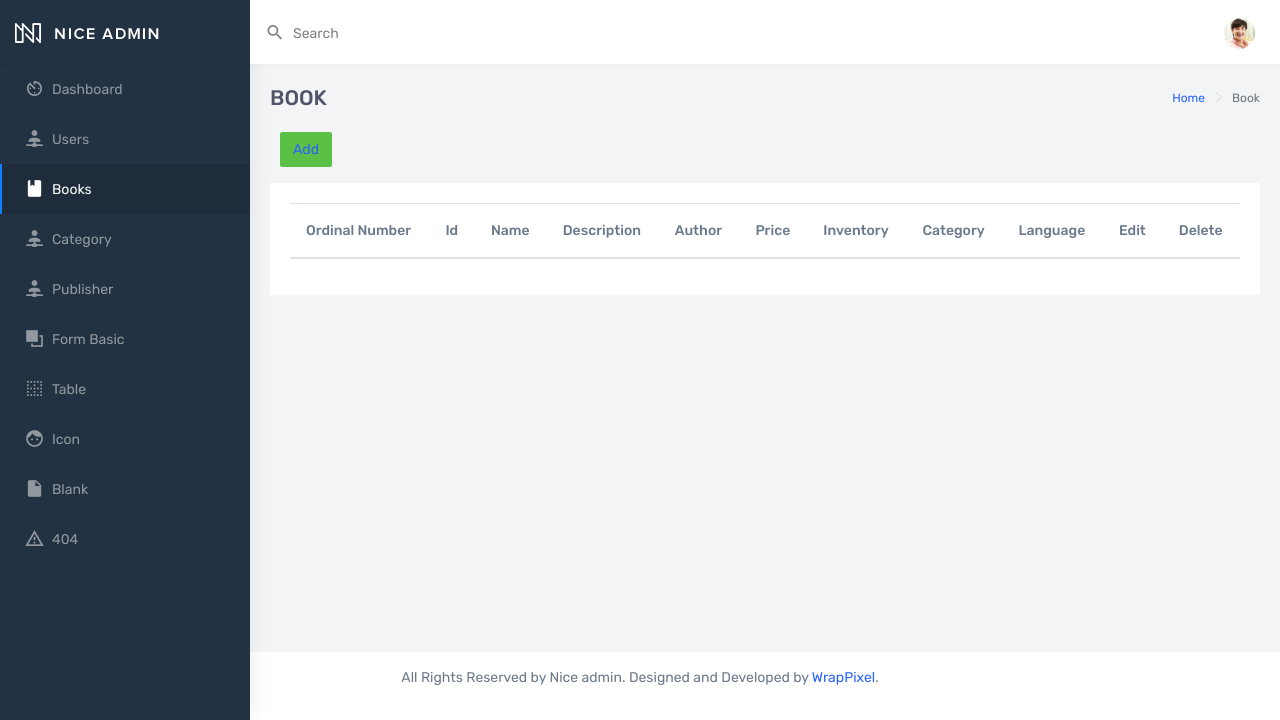
Repository: dev1xc/library-management-system
Page: http://localhost/admin/book
An editor plug-in stored every save of this project. The page is shown before and after the next save, followed by the edit.
The browser window is 1280 px wide. The pictures show the whole page.
The page is served by the project's Laravel application, run on PHP 8.4 with Laravel 10. The first stored user is signed in. Other server files are loaded and not shown. The database holds what the project's SQL file puts in it. Queries for data that is not in the repository find no rows.

Above is the page before, as saved 2024-02-08 02:34:10.
Console error: TypeError: Cannot read properties of null (reading 'querySelector')

### routes/web.php
<?php

use App\Http\Controllers\admin\BooksController;
use App\Http\Controllers\admin\CategoryController;
use App\Http\Controllers\admin\ProfileController;
use App\Http\Controllers\admin\PublisherController;
use App\Http\Controllers\admin\UserController;
use Illuminate\Support\Facades\Auth;
use Illuminate\Support\Facades\Route;

/*
|--------------------------------------------------------------------------
| Web Routes
|--------------------------------------------------------------------------
|
| Here is where you can register web routes for your application. These
| routes are loaded by the RouteServiceProvider and all of them will
| be assigned to the "web" middleware group. Make something great!
|
*/

Route::get('/', function () {
  return view('welcome');
});
Auth::routes();
Route::get('/home', [App\Http\Controllers\HomeController::class, 'index'])->name('home');
Route::get('logout', '\App\Http\Controllers\Auth\LoginController@logout');
Route::get('/admin/home', function () {
  return view('admin.functions.dashboard');
});
Route::get('/admin/dashboard', function () {
  return view('admin.functions.dashboard');
});
Route::prefix('admin')->group(function () {
  Route::get('category', [CategoryController::class, 'index']);
  Route::get('add-category', [CategoryController::class, 'add']);
  Route::post('add-category', [CategoryController::class, 'create']);
  Route::get('edit-category/{id}', [CategoryController::class, 'edit']);
  Route::post('edit-category/{id}', [CategoryController::class, 'update']);
  Route::get('delete-category/{id}', [CategoryController::class, 'delete']);
});
Route::prefix('admin')->group(function () {
  Route::get('profile', [ProfileController::class, 'index']);
  Route::post('profile', [ProfileController::class, 'edit']);
});
Route::prefix('admin')->group(function () {
  Route::get('user', [UserController::class, 'index']);
  Route::get('add-user', [UserController::class, 'add']);
  Route::post('add-user', [UserController::class, 'create']);
  Route::get('edit-user/{id}', [UserController::class, 'edit']);
  Route::post('edit-user/{id}', [UserController::class, 'update']);
  Route::get('delete-user/{id}', [UserController::class, 'delete']);
});
Route::prefix('admin')->group(function () {
  Route::get('book', [BooksController::class, 'index']);
  Route::get('add-book', [BooksController::class, 'add']);
  Route::post('add-book', [BooksController::class, 'create']);
  Route::get('edit-book/{id}', [BooksController::class, 'edit']);
  Route::post('edit-book/{id}', [BooksController::class, 'update']);
  Route::get('delete-book/{id}', [BooksController::class, 'delete']);
});
Route::prefix('admin')->group(function () {
  Route::get('publisher', [PublisherController::class, 'index']);
  Route::get('add-publisher', [PublisherController::class, 'add']);
  Route::post('add-publisher', [PublisherController::class, 'create']);
  Route::get('edit-publisher/{id}', [PublisherController::class, 'edit']);
  Route::post('edit-publisher/{id}', [PublisherController::class, 'update']);
  Route::get('delete-publisher/{id}', [PublisherController::class, 'delete']);
});

### app/Models/User.php
<?php

namespace App\Models;

// use Illuminate\Contracts\Auth\MustVerifyEmail;
use Illuminate\Database\Eloquent\Factories\HasFactory;
use Illuminate\Foundation\Auth\User as Authenticatable;
use Illuminate\Notifications\Notifiable;
use Laravel\Sanctum\HasApiTokens;

class User extends Authenticatable
{
  public $table = 'users';
  use HasApiTokens, HasFactory, Notifiable;

  /**
   * The attributes that are mass assignable.
   *
   * @var array<int, string>
   */
  protected $fillable = [
    'name',
    'email',
    'password',
    'phone',
    'gender',
    'country',
    'image',
    'level',
  ];

  /**
   * The attributes that should be hidden for serialization.
   *
   * @var array<int, string>
   */
  protected $hidden = [
    'password',
    'remember_token',
  ];

  /**
   * The attributes that should be cast.
   *
   * @var array<string, string>
   */
  protected $casts = [
    'email_verified_at' => 'datetime',
    'password' => 'hashed',
  ];
}

### app/Http/Controllers/admin/BooksController.php
<?php

namespace App\Http\Controllers\admin;

use App\Http\Controllers\Controller;
use App\Models\Book;
use App\Models\Category;
use App\Models\Publisher;
use Illuminate\Http\Request;

class BooksController extends Controller
{
  //
  public function __construct()
  {
    $this->middleware("auth");
  }
  public function index()
  {
    $data = Book::paginate(5);
    $dataCategory = Category::all();
    return view("admin.functions.book.index", compact("data", "dataCategory"));
  }
  public function add()
  {
    $dataCategory = Category::all();
    $dataPublisher = Publisher::all();
    return view("admin.functions.book.add", compact("dataCategory","dataPublisher"));
  }
  public function create(Request $request)
  {
    $data = $request->all();
    $file = $request->image;
    if (!empty($file)) {
      $data['image'] = $file->getClientOriginalName();
    }
    if (Book::create($data)) {
      if (!empty($file)) {
        $file->move('upload/book/image', $file->getClientOriginalName());
      }
      return redirect('/admin/book')->with('success','Thanh Cong');
    } else {
      return back()->with("error", "Error");
    }
  }
  public function edit($id)
  {
    $data = Book::findOrFail($id);
    $dataCategory = Category::all();
    $dataPublisher = Publisher::all();
    return view("admin.functions.book.edit", compact("data", "dataCategory","dataPublisher"));
  }
  public function update(Request $request, $id)
  {
    $data = $request->all();
    Book::findOrFail($id)->update($data);
    return back();
  }
  public function delete($id)
  {
    Book::findOrFail($id)->delete();
    return back();
  }
}

### app/Models/Book.php
<?php

namespace App\Models;

use Illuminate\Database\Eloquent\Factories\HasFactory;
use Illuminate\Database\Eloquent\Model;

class Book extends Model
{
	public $table = 'books';
	use HasFactory;
	protected $fillable = [
		'name', 'description', 'author', 'price', 'inventory', 'id_category', 'language', 'page', 'book_cover', 'size', 'id_publisher', 'image',
	];
}

### app/Models/Category.php
<?php

namespace App\Models;

use Illuminate\Database\Eloquent\Factories\HasFactory;
use Illuminate\Database\Eloquent\Model;

class Category extends Model
{
  public $table = 'categories';
  use HasFactory;
  protected $fillable = [
    'name', 'description'
  ];
}

### resources/views/admin/functions/book/index.blade.php
@extends('admin.layouts.main')
@section('content')
  @php
    $count = 1;
  @endphp
  <script>
    function deleteBook() {
      if (!confirm("Are You Sure to delete this"))
        event.preventDefault();
    }
  </script>
  <div class="page-breadcrumb">
    <div class="row">
      <div class="col-5 align-self-center">
        <h4 class="page-title">BOOK</h4>
      </div>
      <div class="col-7 align-self-center">
        <div class="d-flex align-items-center justify-content-end">
          <nav aria-label="breadcrumb">
            <ol class="breadcrumb">
              <li class="breadcrumb-item">
                <a href="/admin/home">Home</a>
              </li>
              <li class="breadcrumb-item active" aria-current="page">Book</li>
            </ol>
          </nav>
        </div>
      </div>
    </div>
  </div>
  <!-- ============================================================== -->
  <!-- End Bread crumb and right sidebar toggle -->
  <!-- ============================================================== -->
  <!-- ============================================================== -->
  <!-- Container fluid  -->
  <!-- ============================================================== -->

  <div class="container-fluid">
    <div class="form-group">
      <div class="col-sm-12">
        <button class="btn btn-success"><a href="/admin/add-book">Add</a></button>
      </div>
    </div>
    <!-- ============================================================== -->
    <!-- Start Page Content -->
    <!-- ============================================================== -->
    <div class="row">
      <div class="col-12">
        <div class="card">
          <div class="card-body">
            <div class="table-responsive">
              <table class="table">
                <thead>
                  <tr>
                    <th scope="col">Ordinal Number</th>
                    <th scope="col">Id</th>
                    <th scope="col">Name</th>
                    <th scope="col">Description</th>
                    <th scope="col">Author</th>
                    <th scope="col">Price</th>
                    <th scope="col">Inventory</th>
                    <th scope="col">Category</th>
                    <th scope="col">Language</th>
                    <th scope="col">Edit</th>
                    <th scope="col">Delete</th>
                  </tr>
                </thead>
                <tbody>
                  @foreach ($data as $c)
                    <tr id="{{ $c->id }}">
                      <th>{{ $count++ }}</th>
                      <th scope="row">{{ $c->id }}</th>
                      <td>{{ $c->name }}</td>
                      <td>{{ $c->description }}</td>
                      <td>{{ $c->author }}</td>
                      <td>{{ $c->price }}</td>
                      <td>{{ $c->inventory }}</td>
                      <td>
                        @foreach ($dataCategory as $item)
                        @if (($c->id_category)==($item->id))
                          {{ $item->name }}
                        @endif
                        @endforeach
                      </td>
                      <td>
                        @foreach ($dataCategory as $item)
                        @if (($c->id_category)==($item->id))
                          {{ $item->name }}
                        @endif
                        @endforeach
                      </td>


                      <td>{{ $c->language }}</td>
                      <td class="edit"><a href="/admin/edit-book/{{ $c->id }}">Edit</a></td>
                      <td class="delete"><a href="/admin/delete-book/{{ $c->id }}"
                          onclick="return deleteBook()">Delete</a></td>
                    </tr>
                  @endforeach

                </tbody>
              </table>

            </div>
          </div>
        </div>
      </div>
    </div>
    {{ $data->links() }}
  </div>
@endsection

### resources/views/admin/layouts/main.blade.php
<!DOCTYPE html>
<html dir="ltr" lang="en">

<head>

  <meta charset="utf-8">
  <meta http-equiv="X-UA-Compatible" content="IE=edge">
  <!-- Tell the browser to be responsive to screen width -->
  <meta name="viewport" content="width=device-width, initial-scale=1">
  <meta name="description" content="">
  <meta name="author" content="">
  <!-- Favicon icon -->
  <link rel="icon" type="image/png" sizes="16x16" href="{{ asset('admin/assets/images/favicon.png') }}">
  <title>Nice admin Template - The Ultimate Multipurpose admin template</title>
  <!-- Custom CSS -->
  <link href="{{ asset('admin/assets/libs/chartist/dist/chartist.min.css') }}" rel="stylesheet">
  <!-- Custom CSS -->
  <link href="{{ asset('admin/dist/css/style.min.css') }}" rel="stylesheet">
  <link href="{{ asset('admin/dist/css/style.css') }}" rel="stylesheet">
  <!-- HTML5 Shim and Respond.js IE8 support of HTML5 elements and media queries -->
  <!-- WARNING: Respond.js doesn't work if you view the page via file:// -->
  <!--[if lt IE 9]>
    <script src="https://oss.maxcdn.com/libs/html5shiv/3.7.0/html5shiv.js"></script>
    <script src="https://oss.maxcdn.com/libs/respond.js/1.4.2/respond.min.js"></script>
<![endif]-->
</head>

<body>
  <!-- ============================================================== -->
  <!-- Preloader - style you can find in spinners.css -->
  <!-- ============================================================== -->
  <div class="preloader">
    <div class="lds-ripple">
      <div class="lds-pos"></div>
      <div class="lds-pos"></div>
    </div>
  </div>
  <!-- ============================================================== -->
  <!-- Main wrapper - style you can find in pages.scss -->
  <!-- ============================================================== -->
  <div id="main-wrapper" data-navbarbg="skin6" data-theme="light" data-layout="vertical" data-sidebartype="full"
    data-boxed-layout="full">
    <!-- ============================================================== -->
    <!-- Topbar header - style you can find in pages.scss -->
    <!-- ============================================================== -->
    @include('admin.layouts.header')
    <!-- ============================================================== -->
    <!-- End Topbar header -->
    <!-- ============================================================== -->
    <!-- ============================================================== -->
    <!-- Left Sidebar - style you can find in sidebar.scss  -->
    <!-- ============================================================== -->
    @include('admin.layouts.left-sidebar')
    <!-- ============================================================== -->
    <!-- End Left Sidebar - style you can find in sidebar.scss  -->
    <!-- ============================================================== -->
    <!-- ============================================================== -->
    <!-- Page wrapper  -->
    <!-- ============================================================== -->
    <div class="page-wrapper">
      @yield('content')
    </div>
    <!-- ============================================================== -->
    <!-- End Container fluid  -->
    <!-- ============================================================== -->
    <!-- ============================================================== -->
    <!-- footer -->
    <!-- ============================================================== -->
    @include('admin.layouts.footer')
    <!-- ============================================================== -->
    <!-- End footer -->
    <!-- ============================================================== -->
  </div>
  <!-- ============================================================== -->
  <!-- End Page wrapper  -->
  <!-- ============================================================== -->
  </div>
  <!-- ============================================================== -->
  <!-- End Wrapper -->
  <!-- ============================================================== -->
  <!-- ============================================================== -->
  <!-- All Jquery -->
  <!-- ============================================================== -->

  <script src="{{ asset('admin/assets/libs/jquery/dist/jquery.min.js') }}"></script>
  <!-- Bootstrap tether Core JavaScript -->
  <script src="{{ asset('admin/assets/libs/popper.js/dist/umd/popper.min.js') }}"></script>
  <script src="{{ asset('admin/assets/libs/bootstrap/dist/js/bootstrap.min.js') }}"></script>
  <!-- slimscrollbar scrollbar JavaScript -->
  <script src="{{ asset('admin/assets/extra-libs/sparkline/sparkline.js') }}"></script>
  <!--Wave Effects -->
  <script src="{{ asset('admin/dist/js/waves.js') }}"></script>
  <!--Menu sidebar -->
  <script src="{{ asset('admin/dist/js/sidebarmenu.js') }}"></script>
  <!--Custom JavaScript -->
  <script src="{{ asset('admin/dist/js/custom.min.js') }}"></script>
  <!--This page JavaScript -->
  <!--chartis chart-->
  <script src="{{ asset('admin/assets/libs/chartist/dist/chartist.min.js') }}"></script>
  <script src="{{ asset('admin/assets/libs/chartist-plugin-tooltips/dist/chartist-plugin-tooltip.min.js') }}"></script>
  <script src="{{ asset('admin/dist/js/pages/dashboards/dashboard1.js') }}"></script>
</body>

</html>

### resources/views/admin/layouts/left-sidebar.blade.php
<aside class="left-sidebar" data-sidebarbg="skin5">
    <!-- Sidebar scroll-->
    <div class="scroll-sidebar">
        <!-- Sidebar navigation-->
        <nav class="sidebar-nav">
            <ul id="sidebarnav">
                <li class="sidebar-item">
                    <a class="sidebar-link waves-effect waves-dark sidebar-link" href="/admin/dashboard" aria-expanded="false">
                        <i class="mdi mdi-av-timer"></i>
                        <span class="hide-menu">Dashboard</span>
                    </a>
                </li>
                <li class="sidebar-item">
                    <a class="sidebar-link waves-effect waves-dark sidebar-link" href="/admin/user" aria-expanded="false">
                        <i class="mdi mdi-account-network"></i>
                        <span class="hide-menu">Users</span>
                    </a>
                </li>
                <li class="sidebar-item">
                    <a class="sidebar-link waves-effect waves-dark sidebar-link" href="/admin/book" aria-expanded="false">
                        <i class="mdi mdi-book"></i>
                        <span class="hide-menu">Books</span>
                    </a>
                </li>
                <li class="sidebar-item">
                    <a class="sidebar-link waves-effect waves-dark sidebar-link" href="/admin/category" aria-expanded="false">
                        <i class="mdi mdi-account-network"></i>
                        <span class="hide-menu">Category</span>
                    </a>
                </li>
                <li class="sidebar-item">
                    <a class="sidebar-link waves-effect waves-dark sidebar-link" href="/admin/publisher" aria-expanded="false">
                        <i class="mdi mdi-account-network"></i>
                        <span class="hide-menu">Publisher</span>
                    </a>
                </li>
                 <li class="sidebar-item">
                    <a class="sidebar-link waves-effect waves-dark sidebar-link" href="form-basic.html" aria-expanded="false">
                        <i class="mdi mdi-arrange-bring-forward"></i>
                        <span class="hide-menu">Form Basic</span>
                    </a>
                </li>
                <li class="sidebar-item">
                    <a class="sidebar-link waves-effect waves-dark sidebar-link" href="table-basic.html" aria-expanded="false">
                        <i class="mdi mdi-border-none"></i>
                        <span class="hide-menu">Table</span>
                    </a>
                </li>
                <li class="sidebar-item">
                    <a class="sidebar-link waves-effect waves-dark sidebar-link" href="icon-material.html" aria-expanded="false">
                        <i class="mdi mdi-face"></i>
                        <span class="hide-menu">Icon</span>
                    </a>
                </li>
                <li class="sidebar-item">
                    <a class="sidebar-link waves-effect waves-dark sidebar-link" href="starter-kit.html" aria-expanded="false">
                        <i class="mdi mdi-file"></i>
                        <span class="hide-menu">Blank</span>
                    </a>
                </li>
                <li class="sidebar-item">
                    <a class="sidebar-link waves-effect waves-dark sidebar-link" href="error-404.html" aria-expanded="false">
                        <i class="mdi mdi-alert-outline"></i>
                        <span class="hide-menu">404</span>
                    </a>
                </li>
            </ul>
        </nav>
        <!-- End Sidebar navigation -->
    </div>
    <!-- End Sidebar scroll-->
</aside>

### resources/views/admin/layouts/footer.blade.php
<footer class="footer text-center">
    All Rights Reserved by Nice admin. Designed and Developed by
    <a href="https://wrappixel.com">WrapPixel</a>.
</footer>

### library-management.sql (the tables this page reads)
CREATE TABLE `categories` (
  `id` bigint(20) UNSIGNED NOT NULL,
  `title` varchar(255) DEFAULT NULL,
  `description` text DEFAULT NULL,
  `created_at` timestamp NULL DEFAULT NULL,
  `updated_at` timestamp NULL DEFAULT NULL
) ENGINE=InnoDB DEFAULT CHARSET=utf8mb4 COLLATE=utf8mb4_unicode_ci;

INSERT INTO `categories` (`id`, `title`, `description`, `created_at`, `updated_at`) VALUES
(13, 'Sách Tiểu Thuyết', 'Tiểu Thuyết v..v', '2024-02-07 08:00:49', '2024-02-07 08:00:49'),
(14, 'Sách Tin Học', 'Sách Tin Học', '2024-02-07 08:01:00', '2024-02-07 08:01:00');

ALTER TABLE `categories`
  ADD PRIMARY KEY (`id`);

ALTER TABLE `categories`
  MODIFY `id` bigint(20) UNSIGNED NOT NULL AUTO_INCREMENT, AUTO_INCREMENT=15;

CREATE TABLE `users` (
  `id` bigint(20) UNSIGNED NOT NULL,
  `name` varchar(255) NOT NULL,
  `phone` varchar(255) DEFAULT NULL,
  `email` varchar(255) NOT NULL,
  `country` varchar(255) DEFAULT NULL,
  `gender` varchar(255) DEFAULT NULL,
  `email_verified_at` timestamp NULL DEFAULT NULL,
  `password` varchar(255) NOT NULL,
  `image` varchar(255) DEFAULT NULL,
  `remember_token` varchar(100) DEFAULT NULL,
  `created_at` timestamp NULL DEFAULT NULL,
  `updated_at` timestamp NULL DEFAULT NULL,
  `level` int(11) NOT NULL DEFAULT 0
) ENGINE=InnoDB DEFAULT CHARSET=utf8mb4 COLLATE=utf8mb4_unicode_ci;

INSERT INTO `users` (`id`, `name`, `phone`, `email`, `country`, `gender`, `email_verified_at`, `password`, `image`, `remember_token`, `created_at`, `updated_at`, `level`) VALUES
(1, 'Trương Nguyễn Thanh Lâm', '0904403743', 'admin@gmail.com', 'Da Nang', 'nu', NULL, '$2y$12$KEoY4oOsIl19kUZ.U0HwK.pU4DsNFOdwaVM7gICE2ZAepkY1fqJcW', '1.jpg', NULL, '2024-02-07 07:01:16', '2024-02-07 07:49:14', 1),
(2, 'Nguyễn Văn A', '0904403742', 'nva@gmail.com', 'Vietnam', 'nam', NULL, '$2y$12$Qo9tYOP9zJjpW.97XJ22DuLfXohGrsMfYcu03JkrsQkkHARwdEntG', '1.jpg', NULL, '2024-02-07 08:14:37', '2024-02-07 08:14:37', 0);

ALTER TABLE `users`
  ADD PRIMARY KEY (`id`),
  ADD UNIQUE KEY `users_email_unique` (`email`);

ALTER TABLE `users`
  MODIFY `id` bigint(20) UNSIGNED NOT NULL AUTO_INCREMENT, AUTO_INCREMENT=4;

Loaded but not shown: app/Providers/AppServiceProvider.php (common file); app/Http/Controllers/Auth/ConfirmPasswordController.php (common file); app/Http/Controllers/Controller.php (common file); public/admin/assets/libs/chartist/dist/chartist.min.css (library); public/admin/dist/css/style.min.css (library); public/admin/dist/css/style.css (library); public/admin/assets/libs/jquery/dist/jquery.min.js (library); public/admin/assets/libs/popper.js/dist/umd/popper.min.js (library); public/admin/assets/libs/bootstrap/dist/js/bootstrap.min.js (library); public/admin/assets/extra-libs/sparkline/sparkline.js (library); public/admin/dist/js/waves.js (library); public/admin/dist/js/custom.min.js (common file); public/admin/assets/libs/chartist/dist/chartist.min.js (library); public/admin/assets/libs/chartist-plugin-tooltips/dist/chartist-plugin-tooltip.min.js (library); public/admin/dist/css/icons/themify-icons/themify-icons.css (common file); public/admin/dist/css/icons/material-design-iconic-font/css/materialdesignicons.min.css (library); public/admin/dist/css/icons/weather-icons/css/weather-icons.min.css (library); public/admin/dist/js/sidebarmenu.js (60 lines, source omitted); public/admin/dist/js/pages/dashboards/dashboard1.js (61 lines, source omitted); resources/views/admin/layouts/header.blade.php (90 lines, source omitted)

After the next save:
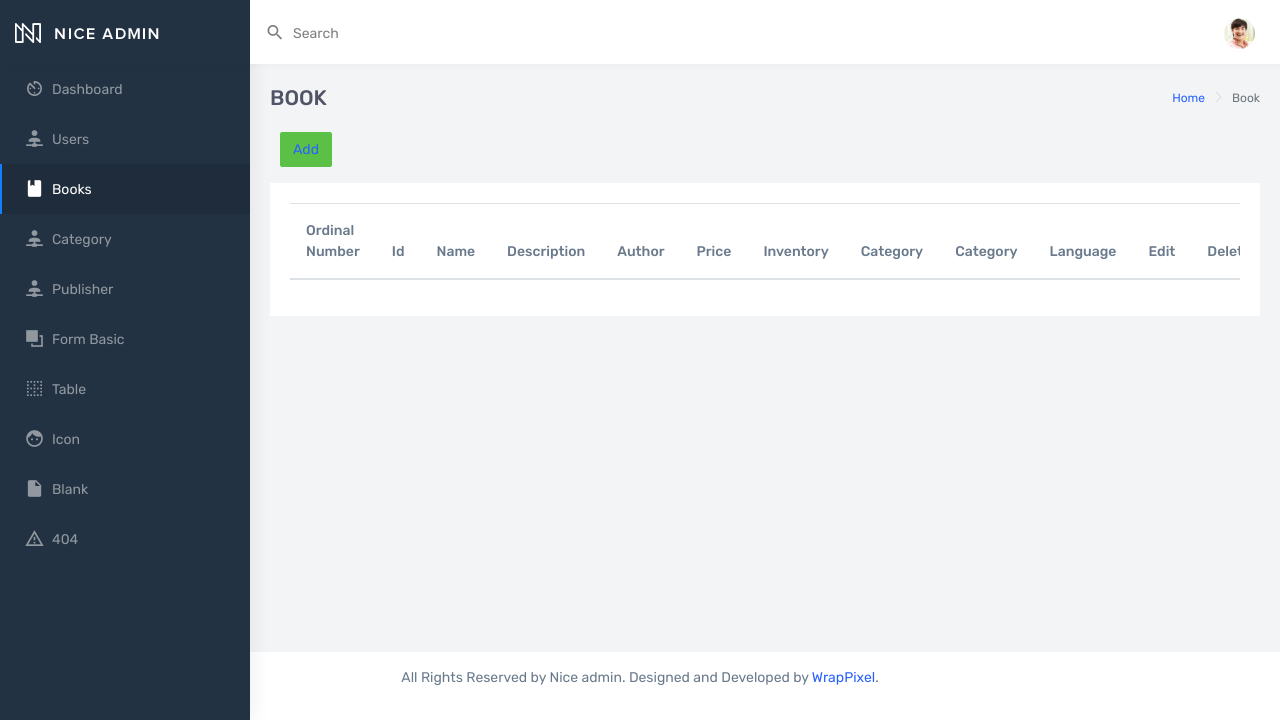
Saved 5 s later.
--- a/resources/views/admin/functions/book/index.blade.php
+++ b/resources/views/admin/functions/book/index.blade.php
@@ -60,6 +60,7 @@
                     <th scope="col">Price</th>
                     <th scope="col">Inventory</th>
                     <th scope="col">Category</th>
+                    <th scope="col">Category</th>
                     <th scope="col">Language</th>
                     <th scope="col">Edit</th>
                     <th scope="col">Delete</th>
